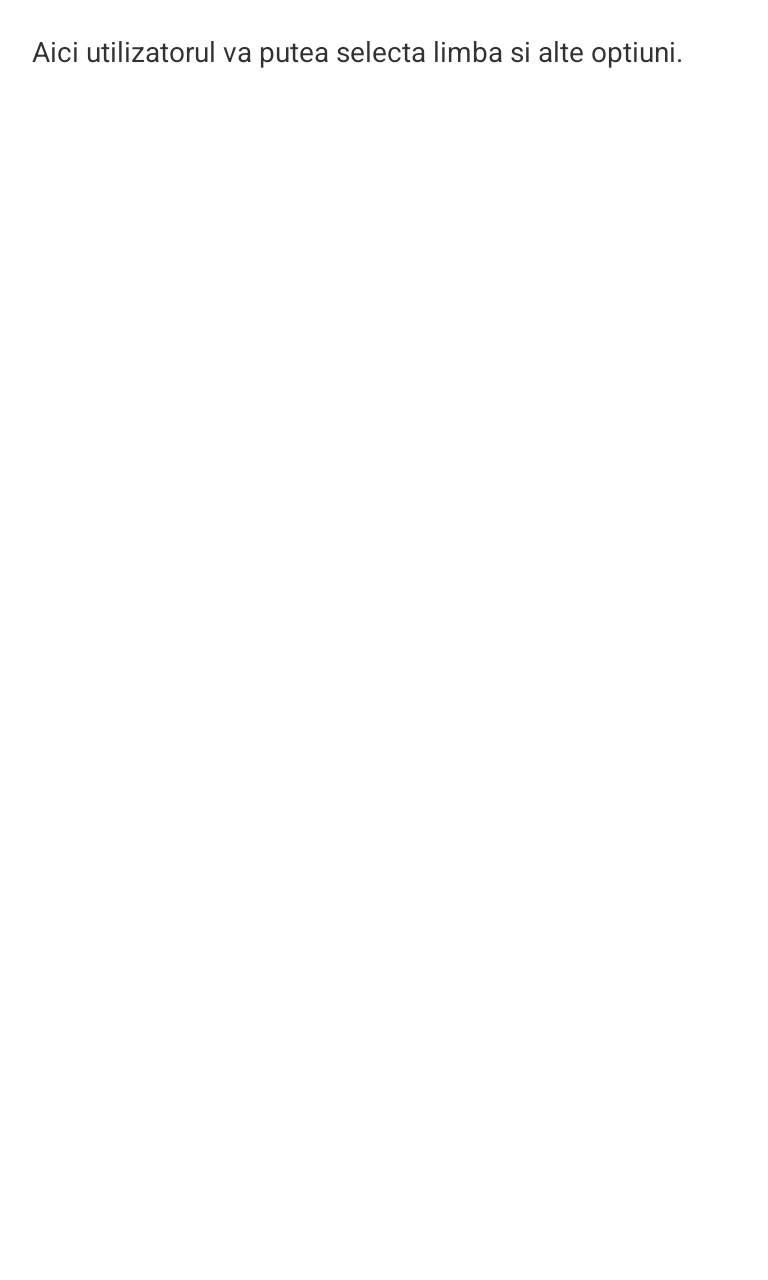
Repository: bogdanelu83/Workspace2
Layout: ip2tara/res/layout/activity_setari.xml
An editor plug-in stored every save of this project. The layout is shown before and after the next save, followed by the edit.
It is drawn on a 768 x 1280 px phone screen (xhdpi) without system bars, with theme AppTheme; the app's code is not run.

Above is the layout before, as saved 2014-12-07 23:15:50.

After the next save:
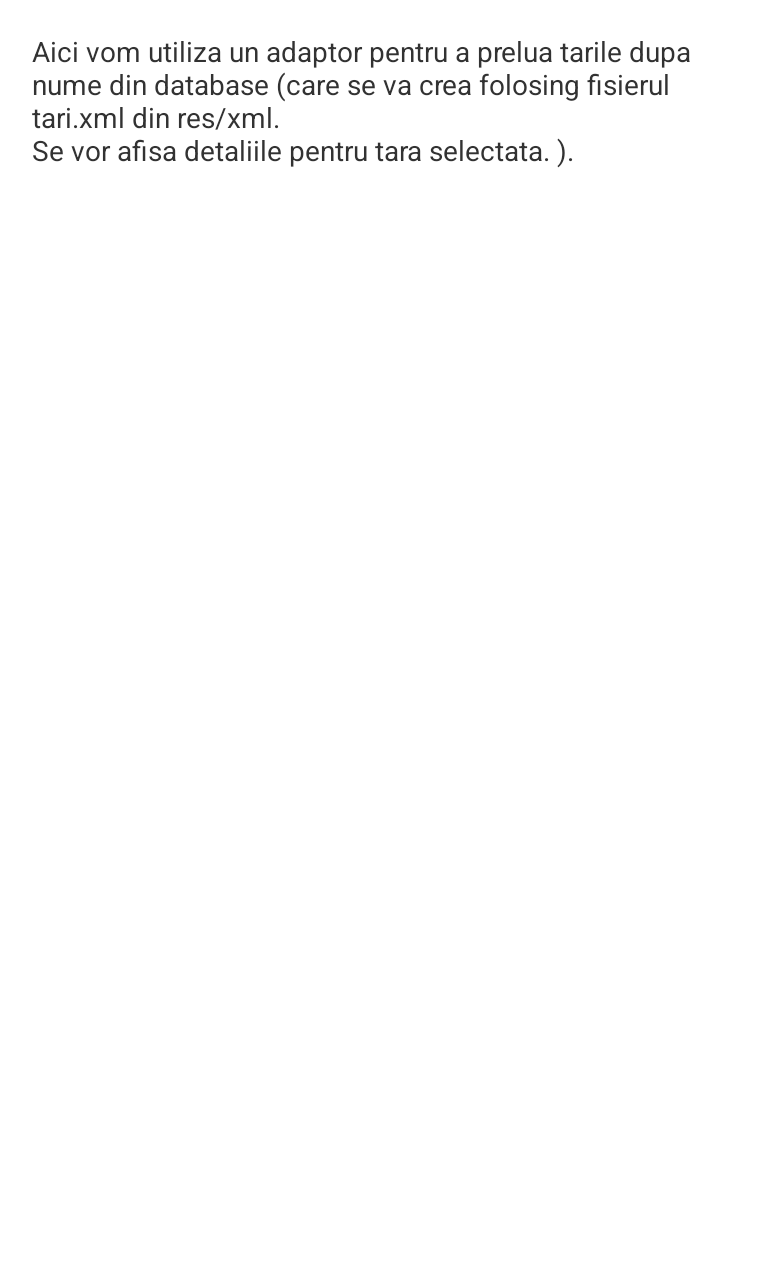
Saved 64 s later.
--- a/ip2tara/res/values/strings.xml
+++ b/ip2tara/res/values/strings.xml
@@ -33,5 +33,5 @@
 
      <string name="istoric_text">Aici vom afisa ultimele 10 cautari ip-tara.</string>
       <string name="setari_text">Aici utilizatorul va putea selecta limba si alte optiuni.</string>
-      <string name="setari_tari">Aici vom utiliza un adaptor pentru a prelua tarile dupa nume din database (care se va crea folosing fisierul tari.xml din res/xml. \nSe vor afisa detaliile pentru tara selectata. ).</string>
+      <string name="setari_text">Aici vom utiliza un adaptor pentru a prelua tarile dupa nume din database (care se va crea folosing fisierul tari.xml din res/xml. \nSe vor afisa detaliile pentru tara selectata. ).</string>
 </resources>

After the save that followed:
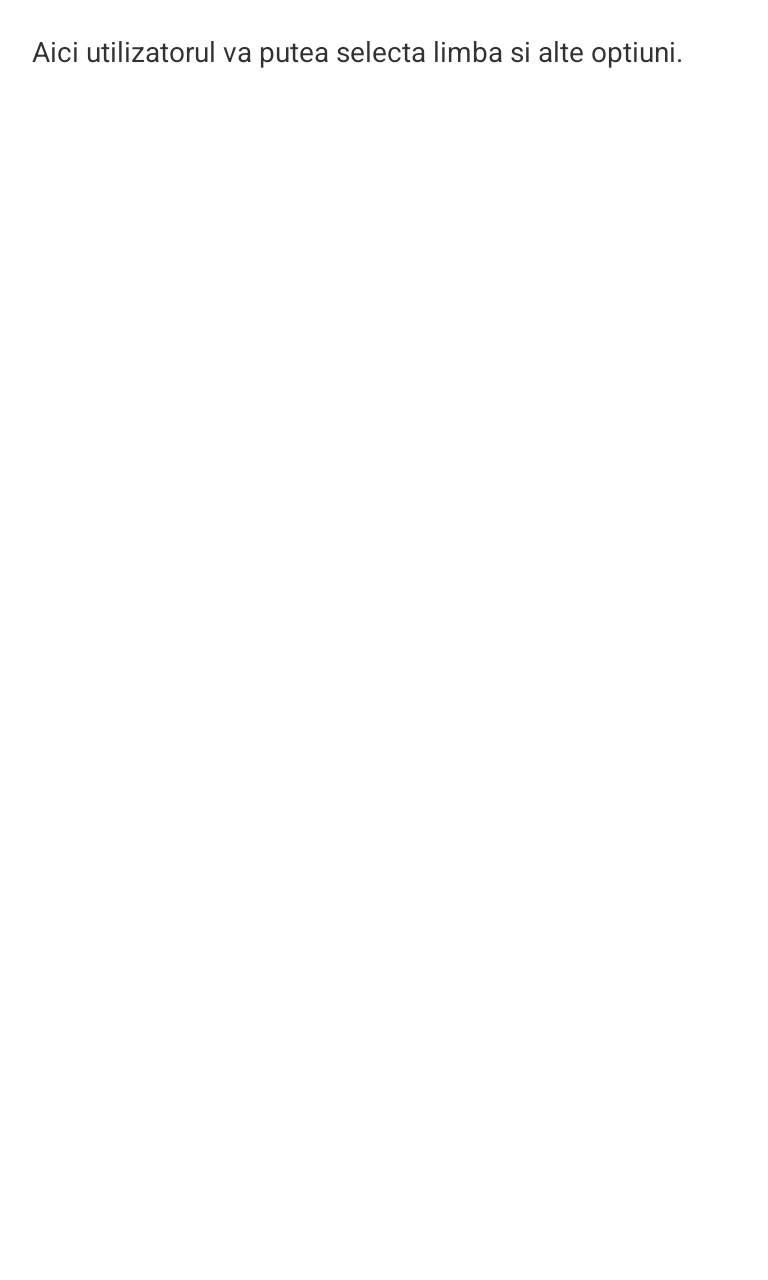
Saved 11 s later.
--- a/ip2tara/res/values/strings.xml
+++ b/ip2tara/res/values/strings.xml
@@ -33,5 +33,5 @@
 
      <string name="istoric_text">Aici vom afisa ultimele 10 cautari ip-tara.</string>
       <string name="setari_text">Aici utilizatorul va putea selecta limba si alte optiuni.</string>
-      <string name="setari_text">Aici vom utiliza un adaptor pentru a prelua tarile dupa nume din database (care se va crea folosing fisierul tari.xml din res/xml. \nSe vor afisa detaliile pentru tara selectata. ).</string>
+      <string name="tari_text">Aici vom utiliza un adaptor pentru a prelua tarile dupa nume din database (care se va crea folosing fisierul tari.xml din res/xml. \nSe vor afisa detaliile pentru tara selectata. ).</string>
 </resources>
